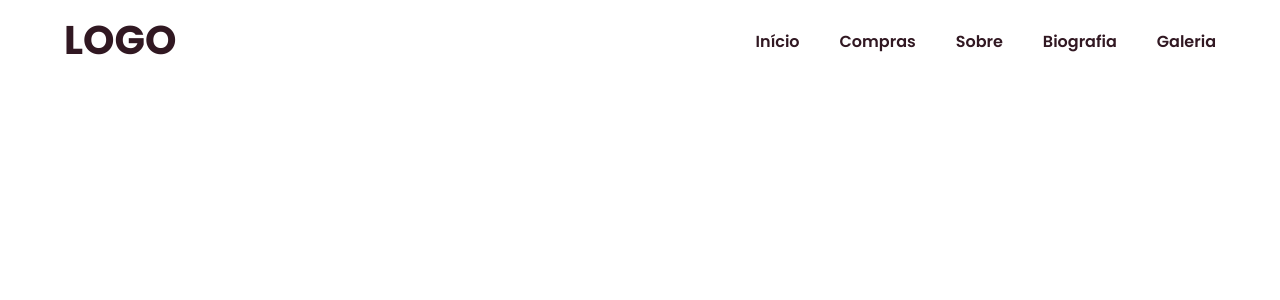
Repository: Matheus904-12/Teste
Page: teste.html
The author's editor kept a copy of each file at every save. The page is drawn from the files as they stood at one save, then again after a run of saves.
The browser window is 1280 px wide. The pictures show the whole page.

Above is the page before, as saved 2023-11-01 10:10:35.

After the next 9 saves:
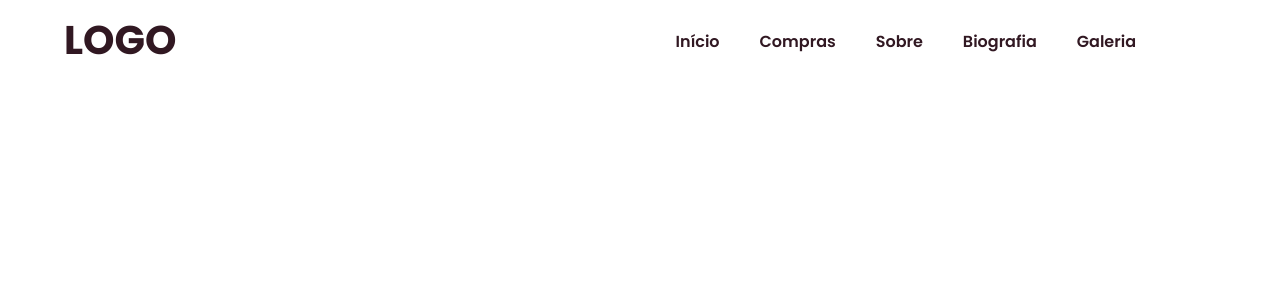
The 9 saves are shown as one change because they came seconds apart.
The last was saved 29 s later.
--- a/css.css
+++ b/css.css
@@ -58,6 +58,7 @@ header nav .menu li a:hover {
     color: #fff
 }
 
-header nav #toggle {[
-    font
-]}
+header nav #toggle {
+    font-size: 1.3rem;
+    margin-left: 80px;
+}
